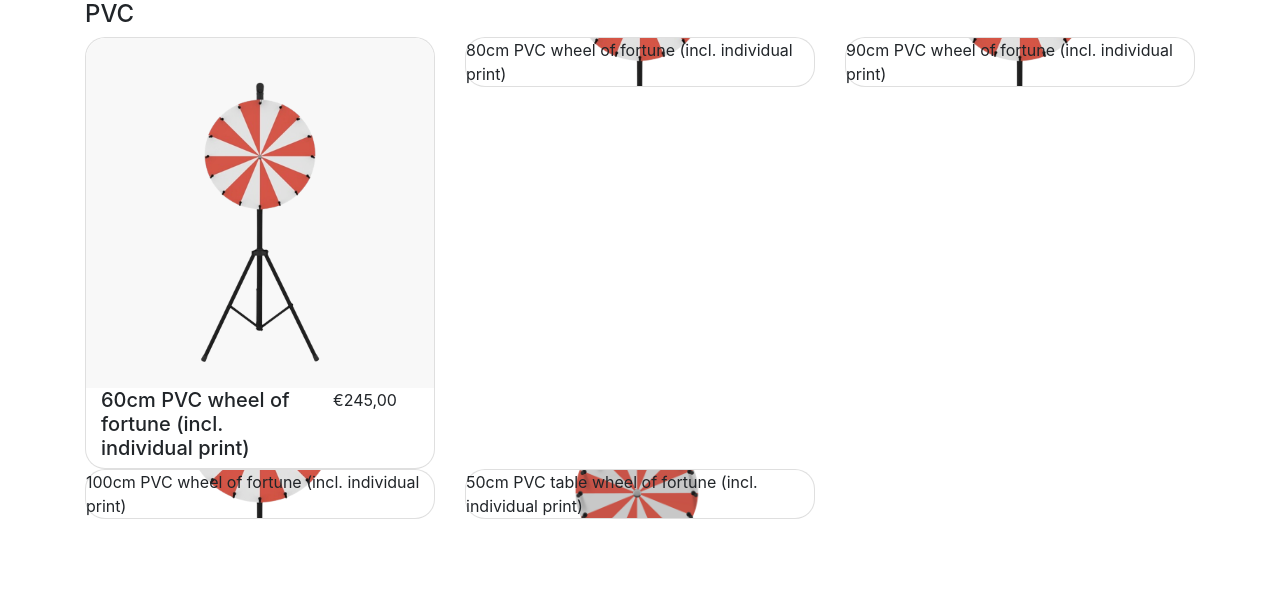
Repository: Awaisp-irfan/fahad-project
Page: pvc.html
An editor plug-in stored every save of this project. The page is shown before and after the next save, followed by the edit.
The browser window is 1280 px wide. The pictures show the whole page.

Above is the page before, as saved 2022-06-30 09:08:50.

### pvc.html
<!DOCTYPE html>
<html lang="en">
<head>
    <meta charset="UTF-8">
    <meta http-equiv="X-UA-Compatible" content="IE=edge">
    <meta name="viewport" content="width=device-width, initial-scale=1.0">
    <link
    rel="stylesheet"
    href="https://cdn.jsdelivr.net/npm/bootstrap@4.6.1/dist/css/bootstrap.min.css"
    integrity="sha384-zCbKRCUGaJDkqS1kPbPd7TveP5iyJE0EjAuZQTgFLD2ylzuqKfdKlfG/eSrtxUkn"
    crossorigin="anonymous"
  />

  <link rel="stylesheet" href="./style.css" />
    <title>Document</title>
</head>
<body>
    <div class="container">
        <div class="row">
            <div class="col-lg-12">
                <h4 class="heading">PVC</h4>
            </div>
        </div>

        <div class="row">
            <div class="col-lg-4">
                <div class="card ">
                    <div class="img-div">
                        <div class="cm60-img">

                        </div>
                    </div>
                    <div class="cm60-content d-flex justify-content-between">
                        <div class="col-lg-8"><h5>60cm PVC wheel of fortune (incl. individual print)</h5></div>
                         <div class="col-lg-4">€245,00</div>
                    </div>
                </div>
            </div>
            <div class="col-lg-4">
                <div class="card img-div">
                    <div class="cm80">80cm PVC wheel of fortune (incl. individual print)</div>
                </div>
            </div>
            <div class="col-lg-4">
                <div class="card img-div">
                    <div class="cm90">90cm PVC wheel of fortune (incl. individual print)</div>
                </div>
            </div>
            <div class="col-lg-4">
                <div class="card img-div">
                    <div class="cm100">100cm PVC wheel of fortune (incl. individual print)</div>
                </div>
            </div>
            <div class="col-lg-4">
                <div class="card img-div">
                    <div class="cm50">50cm PVC table wheel of fortune (incl. individual print)</div>
                </div>
            </div>
        </div>
    </div>
</body>
</html>

### style.css
.pvc{
    background-image: url(./assests/2289977149.jpg);
    background-size: cover;
    background-position: center;
    background-repeat: no-repeat;
    height: 100%;
    border-radius: 20px;
}

.col-lg-4>a > .img-div{
    height: 400px;
    border-radius: 20px;
}
.card{
    border-radius: 20px;
}
.card>.img-div{
    height: 350px;
    border-top-left-radius: 20px;
    border-top-right-radius: 20px;
    background-color: rgb(248, 248, 248);
}
.wooden{
    background-image: url(./assests/wooden.jpg);
    background-size: cover;
    background-position: center;
    background-repeat: no-repeat;
    height: 100%;
    border-radius: 20px;
}

.display{
    background-image: url(./assests/display.jpg);
    background-size: cover;
    background-position: center;
    background-repeat: no-repeat;
    height: 100%;
    border-radius: 20px;
}
.cm60-img{
    background: url(./assests/60cm_PVC-removebg-preview.png);

    background-size: cover;
    background-position: center;
    background-repeat: no-repeat;
    height: 100%;
    border-radius: 20px;
}

.cm80{
    background: url(./assests/80cm_PVC-removebg-preview.png);

    background-size: cover;
    background-position: center;
    background-repeat: no-repeat;
    height: 100%;
    border-radius: 20px;
}

.cm90{
    background: url(./assests/90cm_PVC-removebg-preview.png);

    background-size: cover;
    background-position: center;
    background-repeat: no-repeat;
    height: 100%;
    border-radius: 20px;
}
.cm100{
    background: url(./assests/100cm_PVC-removebg-preview.png);

    background-size: cover;
    background-position: center;
    background-repeat: no-repeat;
    height: 100%;
    border-radius: 20px;
}

.cm50{
    background: url(./assests//50cm\ PVC.png);

    background-size: cover;
    background-position: center;
    background-repeat: no-repeat;
    height: 100%;
    border-radius: 20px;
}

After the next save:
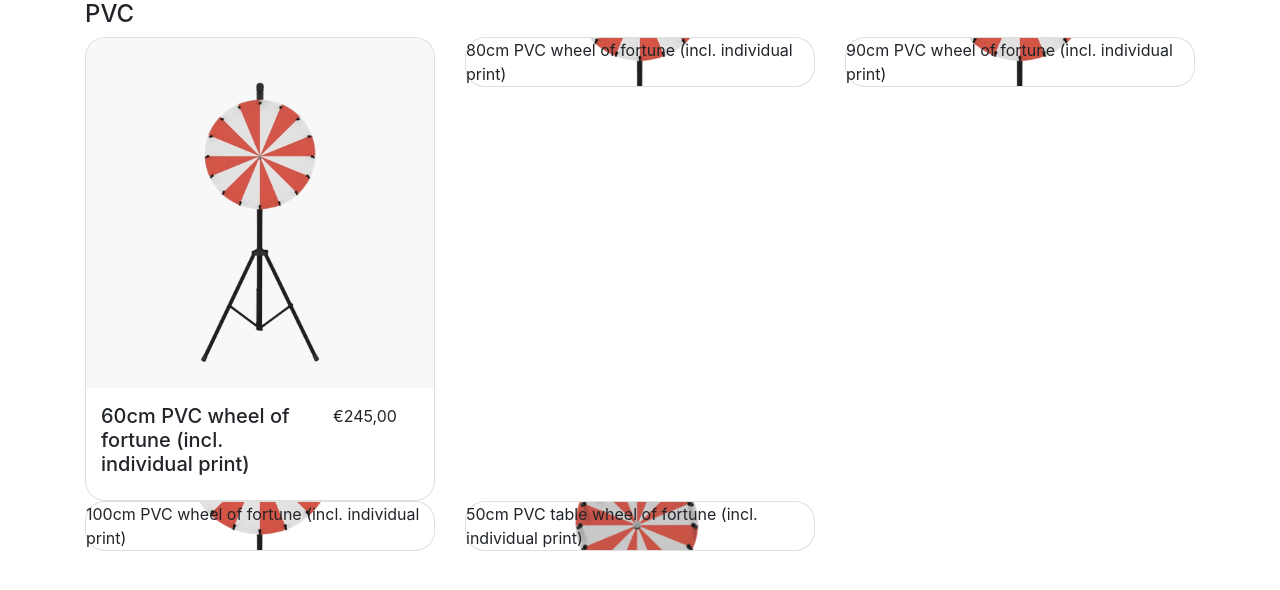
Saved 53 s later.
--- a/pvc.html
+++ b/pvc.html
@@ -30,8 +30,8 @@
 
                         </div>
                     </div>
-                    <div class="cm60-content d-flex justify-content-between">
-                        <div class="col-lg-8"><h5>60cm PVC wheel of fortune (incl. individual print)</h5></div>
+                    <div class="cm60-content d-flex justify-content-between my-lg-3">
+                        <div class="col-lg-8 "><h5>60cm PVC wheel of fortune (incl. individual print)</h5></div>
                          <div class="col-lg-4">€245,00</div>
                     </div>
                 </div>
